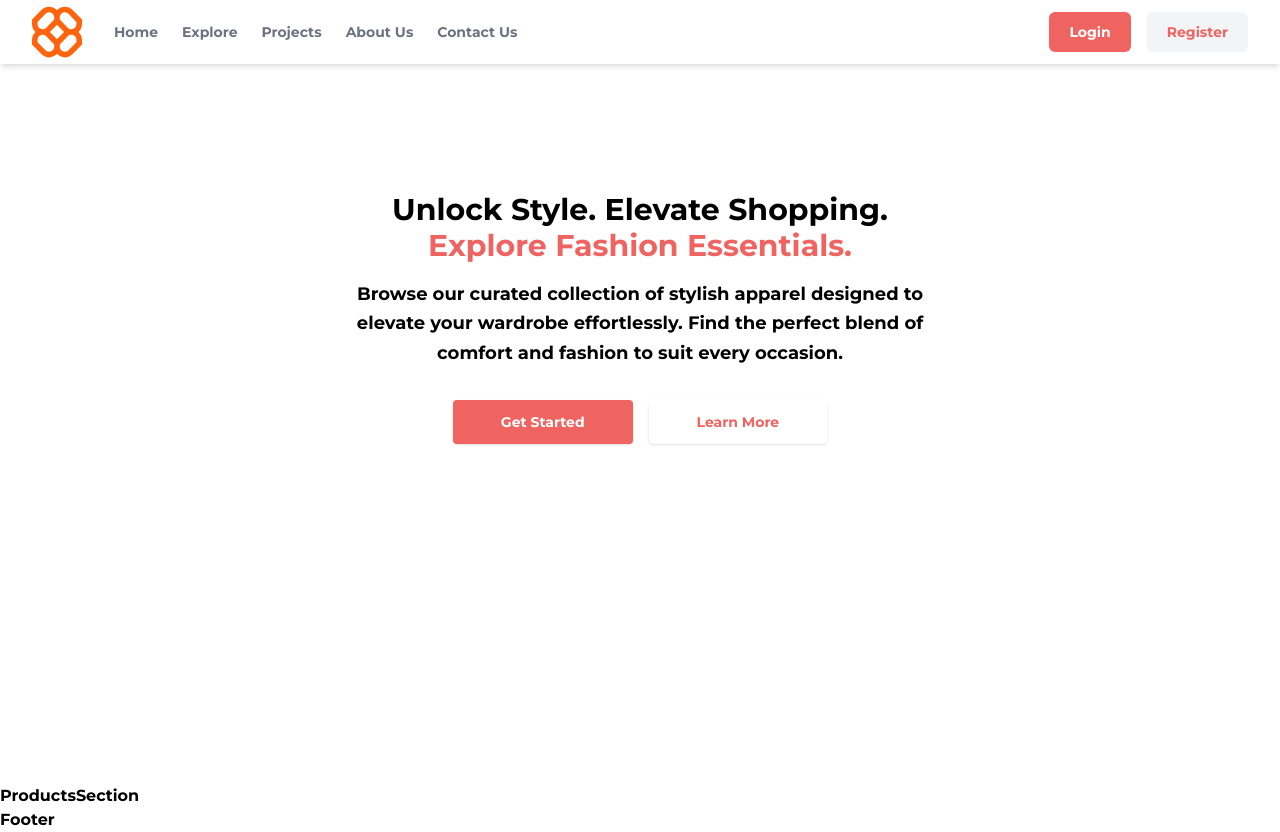
Repository: YahiaSala7/E-commerce-Project
Page: / (app in ecommerce/)
The author's editor kept a copy of each file at every save. The page is drawn from the files as they stood at one save, then again after the next save.
The browser window is 1280 px wide. The pictures show the whole page.
The page's requests for data from a server got no answer. The project was rebuilt for these pictures with package versions that can differ from the ones it lists, and the page was loaded fresh each time. The framework's server and built-in components were replaced by stand-ins that run in the browser. No one was signed in, and anything a server would have sent is missing. Also part of the build but not shown: ecommerce/next.config.mjs, ecommerce/app/_Components/ProductItem.jsx.

Above is the page before, as saved 2024-07-25 21:39:43.

### ecommerce/app/layout.js
import { Montserrat } from "next/font/google";
import "./globals.css";
import Header from "./_Components/Header";
import Footer from "./_Components/Footer";

const inter = Montserrat({ subsets: ["latin"], weight: "700" });

export const metadata = {
  title: "Create Next App",
  description: "Generated by create next app",
};

export default function RootLayout({ children }) {
  return (
    <html lang="en">
      <body className={inter.className}>
        <Header />
        {children}
        <Footer />
      </body>
    </html>
  );
}

### ecommerce/app/page.js
import Image from "next/image";
import Hero from "./_Components/Hero";
import ProductsSection from "./_Components/ProductsSection";

export default function Home() {
  return (
    <div className="home">
      <Hero />
      <ProductsSection />
    </div>
  );
}

### ecommerce/app/globals.css
@tailwind base;
@tailwind components;
@tailwind utilities;

:root {
  /* --foreground-rgb: 0, 0, 0; */
  /* --background-start-rgb: 214, 219, 220;
  --background-end-rgb: 255, 255, 255; */
}

@media (prefers-color-scheme: dark) {
  :root {
    /* --foreground-rgb: 0, 0, 0; */
    /* --background-start-rgb: 0, 0, 0;
    --background-end-rgb: 0, 0, 0; */
  }
}

body {
  color: rgb(var(--foreground-rgb));
  background: linear-gradient(
      to bottom,
      transparent,
      rgb(var(--background-end-rgb))
    )
    rgb(var(--background-start-rgb));
}

@layer utilities {
  .text-balance {
    text-wrap: balance;
  }
}

### ecommerce/app/_Components/Header.jsx
import React from "react";

function Header() {
  return (
    <header className="bg-white shadow-md">
      <div className="mx-auto flex h-16 max-w-screen-xl items-center gap-8 px-4 sm:px-6 lg:px-8 ">
        <img src="/logo.svg" width={"50px"} height={"50px"} />

        <div className="flex flex-1 items-center justify-end md:justify-between">
          <nav aria-label="Global" className="hidden md:block">
            <ul className="flex items-center gap-6 text-sm">
              <li>
                <a
                  className="text-gray-500 transition hover:text-gray-500/75"
                  href="#">
                  {" "}
                  Home{" "}
                </a>
              </li>

              <li>
                <a
                  className="text-gray-500 transition hover:text-gray-500/75"
                  href="#">
                  {" "}
                  Explore{" "}
                </a>
              </li>

              <li>
                <a
                  className="text-gray-500 transition hover:text-gray-500/75"
                  href="#">
                  {" "}
                  Projects{" "}
                </a>
              </li>

              <li>
                <a
                  className="text-gray-500 transition hover:text-gray-500/75"
                  href="#">
                  {" "}
                  About Us{" "}
                </a>
              </li>

              <li>
                <a
                  className="text-gray-500 transition hover:text-gray-500/75"
                  href="#">
                  {" "}
                  Contact Us{" "}
                </a>
              </li>
            </ul>
          </nav>

          <div className="flex items-center gap-4">
            <div className="sm:flex sm:gap-4">
              <a
                className="block rounded-md bg-primary px-5 py-2.5 text-sm font-medium text-white transition hover:bg-secondary "
                href="#">
                Login
              </a>

              <a
                className="hidden rounded-md bg-gray-100 px-5 py-2.5 text-sm font-medium text-primary transition hover:text-secondary sm:block"
                href="#">
                Register
              </a>
            </div>

            <button className="block rounded bg-gray-100 p-2.5 text-gray-600 transition hover:text-gray-600/75 md:hidden">
              <span className="sr-only">Toggle menu</span>
              <svg
                xmlns="http://www.w3.org/2000/svg"
                className="h-5 w-5"
                fill="none"
                viewBox="0 0 24 24"
                stroke="currentColor"
                strokeWidth="2">
                <path
                  strokeLinecap="round"
                  strokeLinejoin="round"
                  d="M4 6h16M4 12h16M4 18h16"
                />
              </svg>
            </button>
          </div>
        </div>
      </div>
    </header>
  );
}

export default Header;

### ecommerce/app/_Components/Hero.jsx
import React from "react";

function Hero() {
  return (
    <section className="">
      <div className="mx-auto max-w-screen-xl px-4 py-32 lg:flex lg:h-screen">
        <div className="mx-auto max-w-xl text-center">
          <h1 className="text-2xl font-extrabold sm:text-3xl ">
            Unlock Style. Elevate Shopping.
            <strong className="font-extrabold text-primary sm:block">
              {" "}
              Explore Fashion Essentials.{" "}
            </strong>
          </h1>

          <p className="mt-4 sm:text-[18px]/relaxed">
            Browse our curated collection of stylish apparel designed to elevate
            your wardrobe effortlessly. Find the perfect blend of comfort and
            fashion to suit every occasion.
          </p>

          <div className="mt-8 flex flex-wrap justify-center gap-4">
            <a
              className="block w-full rounded bg-primary px-12 py-3 text-sm font-medium text-white shadow hover:bg-secondary focus:outline-none focus:ring active:bg-red-500 sm:w-auto"
              href="#">
              Get Started
            </a>

            <a
              className="block w-full rounded px-12 py-3 text-sm font-medium text-primary shadow hover:text-secondary focus:outline-none focus:ring active:text-red-500 sm:w-auto"
              href="#">
              Learn More
            </a>
          </div>
        </div>
      </div>
    </section>
  );
}

export default Hero;

### ecommerce/app/_Components/ProductsSection.jsx
import React from "react";
import LatestProducts from "./LatestProducts";

function ProductsSection() {
  return (
    <>
      <LatestProducts />
      <div>ProductsSection</div>
    </>
  );
}

export default ProductsSection;

### ecommerce/app/_Components/LatestProducts.jsx
"use client";
import React, { useEffect, useState } from "react";
import ProdcutApis from "../_utils/ProdcutApis";
import ProductItem from "./ProductItem";

function LatestProducts() {
  const [latestProducts, setLatestProducts] = useState([]);
  useEffect(() => {
    getLatestProducts_();
  }, []);
  const getLatestProducts_ = () => {
    ProdcutApis.getLatestProducts().then((res) => {
      setLatestProducts(res.data.data);
    });
  };

  return (
    <div className="grid grid-cols-2 sm:grid-col-3 md:grid-cols-4 gap-3">
      {latestProducts?.map((product) => (
        <ProductItem key={product.id} product={product} />
      ))}
    </div>
  );
}

export default LatestProducts;

### ecommerce/app/_utils/ProdcutApis.js
const { default: dataFetching } = require("./dataFetching");

const getLatestProducts = () => dataFetching.get("/products?populate=*");

export default {
  getLatestProducts,
};

### ecommerce/app/_utils/dataFetching.js
const { default: axios } = require("axios");

const apiKey = process.env.NEXT_PUBLIC_REST_API_KEY;
const baseUrl = "http://localhost:1337/api";

const dataFetching = axios.create({
  baseURL: baseUrl,
  headers: {
    Authorization: `Bearer ${apiKey}`,
  },
});

export default dataFetching;

### ecommerce/tailwind.config.js
/** @type {import('tailwindcss').Config} */
module.exports = {
  content: [
    "./pages/**/*.{js,ts,jsx,tsx,mdx}",
    "./components/**/*.{js,ts,jsx,tsx,mdx}",
    "./app/**/*.{js,ts,jsx,tsx,mdx}",
  ],
  theme: {
    extend: {
      backgroundImage: {
        "gradient-radial": "radial-gradient(var(--tw-gradient-stops))",
        "gradient-conic":
          "conic-gradient(from 180deg at 50% 50%, var(--tw-gradient-stops))",
      },
      colors: {
        primary: "#EF6461",
        secondary: " #B83D3A",
      },
    },
  },
  plugins: [],
};

Loaded but not shown: ecommerce/app/_Components/Footer.jsx (common file)

After the next save:
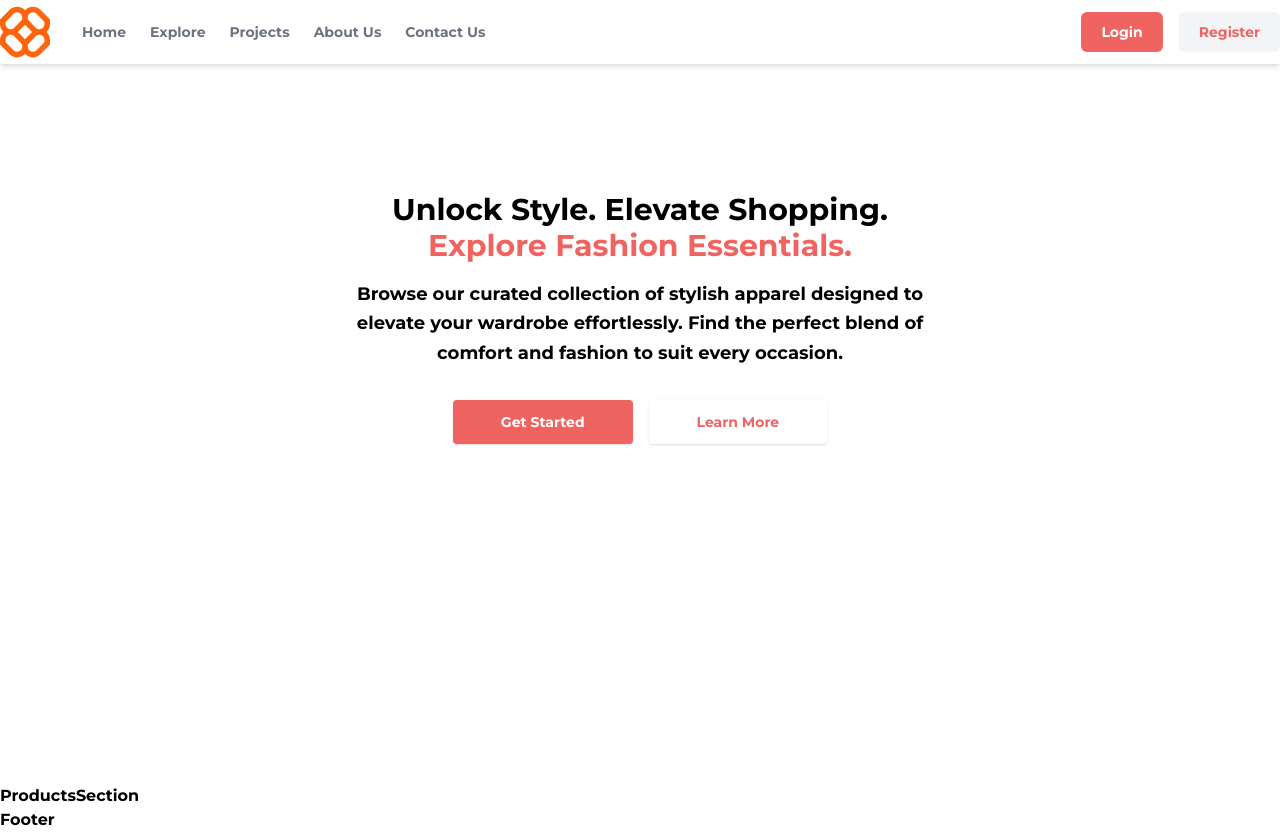
Saved 2 min 4 s later.
--- a/ecommerce/app/_Components/Header.jsx
+++ b/ecommerce/app/_Components/Header.jsx
@@ -3,7 +3,7 @@
 function Header() {
   return (
     <header className="bg-white shadow-md">
-      <div className="mx-auto flex h-16 max-w-screen-xl items-center gap-8 px-4 sm:px-6 lg:px-8 ">
+      <div className=" flex h-16 max-w-screen-xl items-center gap-8 container ">
         <img src="/logo.svg" width={"50px"} height={"50px"} />
 
         <div className="flex flex-1 items-center justify-end md:justify-between">

After the 4 saves that followed:
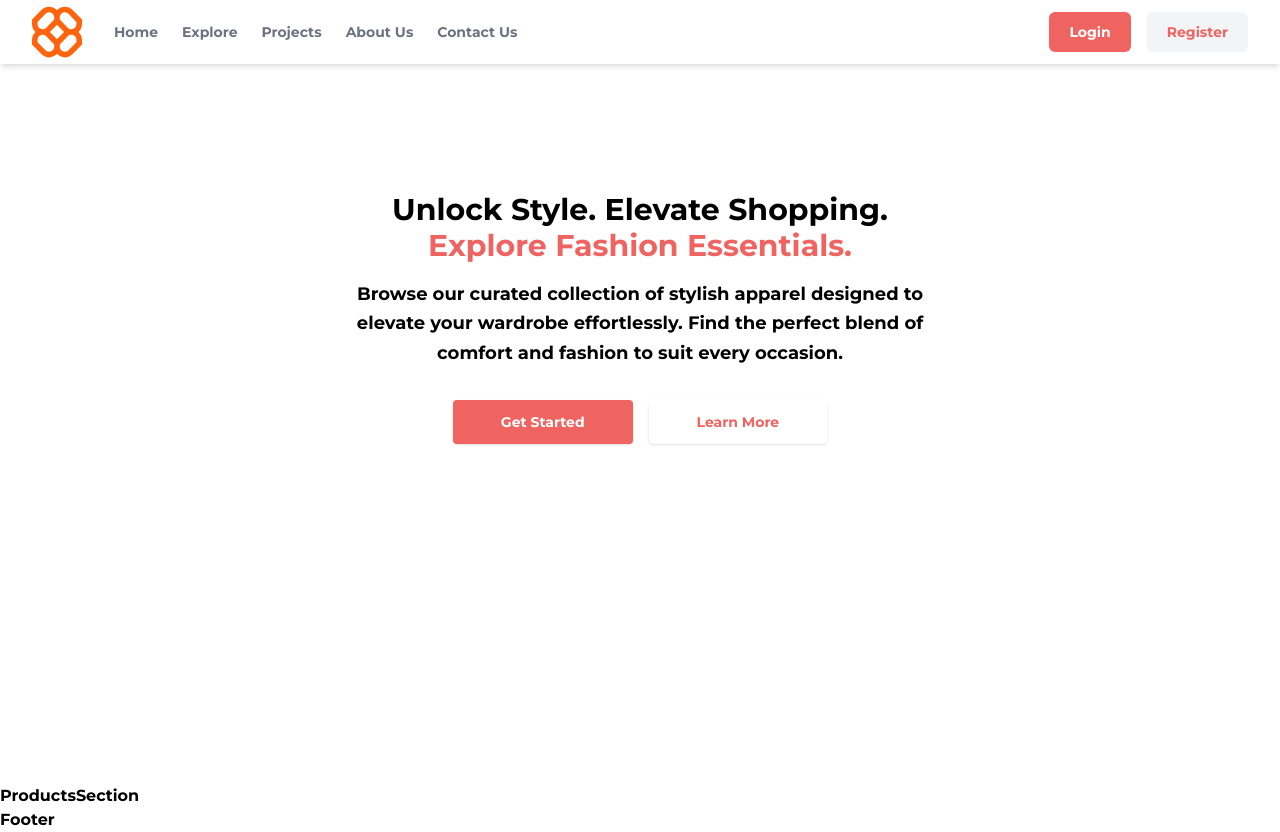
The 4 saves are shown as one change because 2 left the picture as it was and some came seconds apart.
The last was saved 4 min 50 s later.
--- a/ecommerce/app/_Components/Header.jsx
+++ b/ecommerce/app/_Components/Header.jsx
@@ -1,9 +1,8 @@
 import React from "react";
-
 function Header() {
   return (
     <header className="bg-white shadow-md">
-      <div className=" flex h-16 max-w-screen-xl items-center gap-8 container ">
+      <div className=" flex h-16 max-w-screen-xl items-center gap-8 container mx-auto px-4 sm:px-6 lg:px-8">
         <img src="/logo.svg" width={"50px"} height={"50px"} />
 
         <div className="flex flex-1 items-center justify-end md:justify-between">
